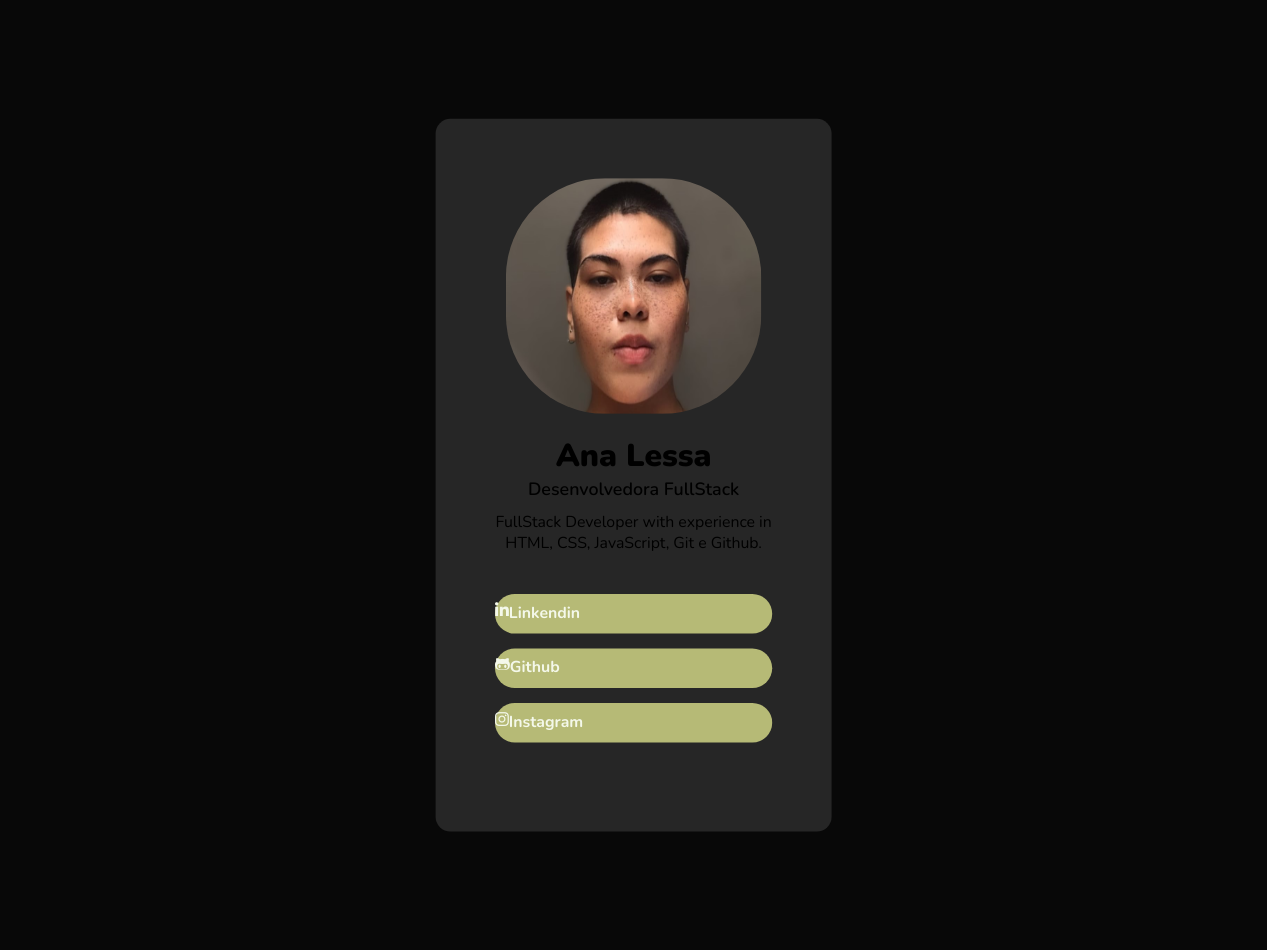
Repository: analessp/linktree
Page: index.html
The author's editor kept a copy of each file at every save. The page is drawn from the files as they stood at one save, then again after the next save.
The browser window is 1280 px wide. The pictures show the whole page, at 99% of full size.

Above is the page before, as saved 2025-04-11 10:48:55.

After the next save:
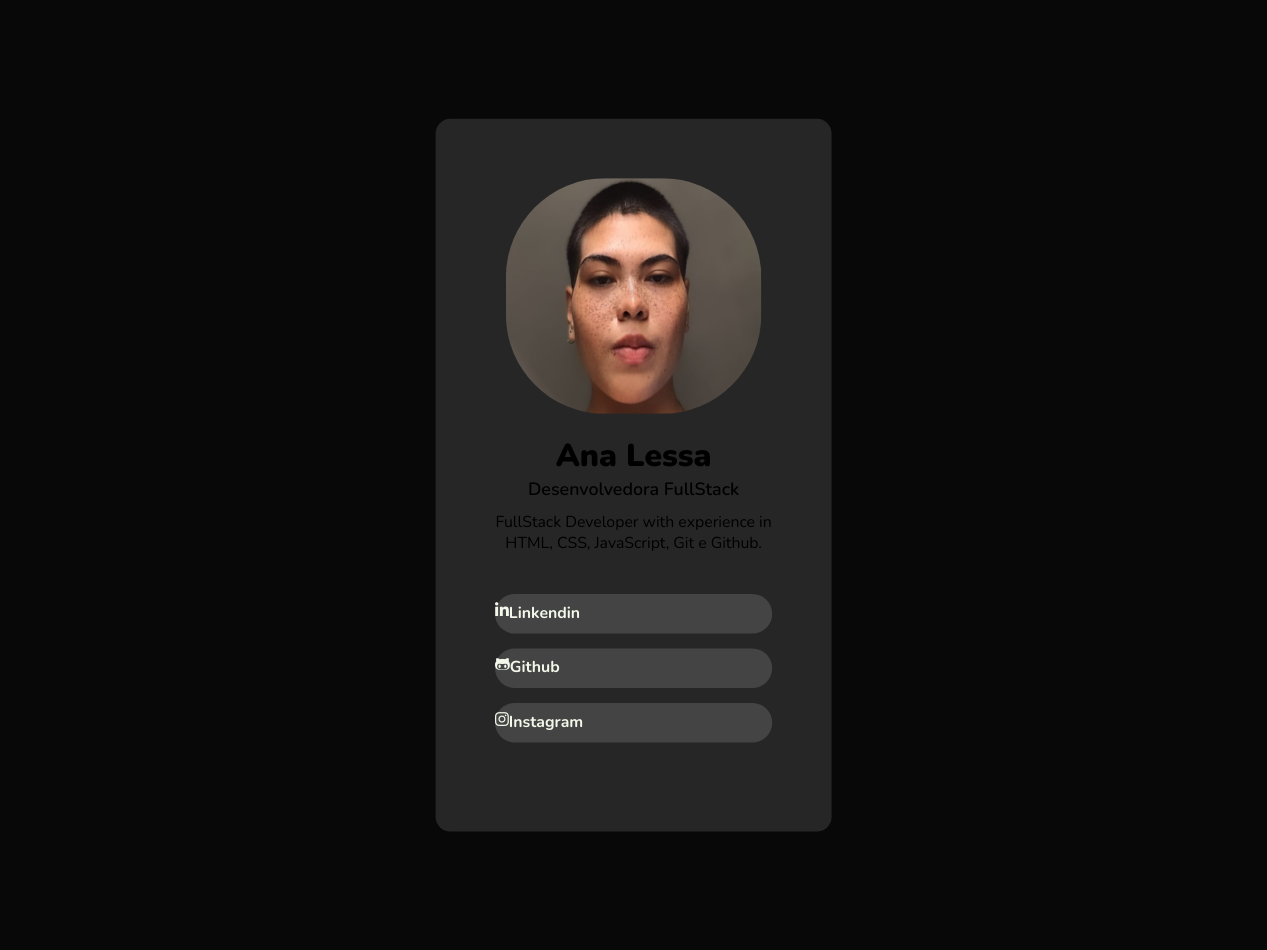
Saved 25 s later.
--- a/style.css
+++ b/style.css
@@ -57,7 +57,7 @@ margin-bottom: 10px;
     display: flex;
     width: 280px;
     height: 40px;
-    background-color: #b6ba76;
+    background-color: #444444;
     margin: 15px 0;
     padding: 8px 0;
     border-radius: 20px;
